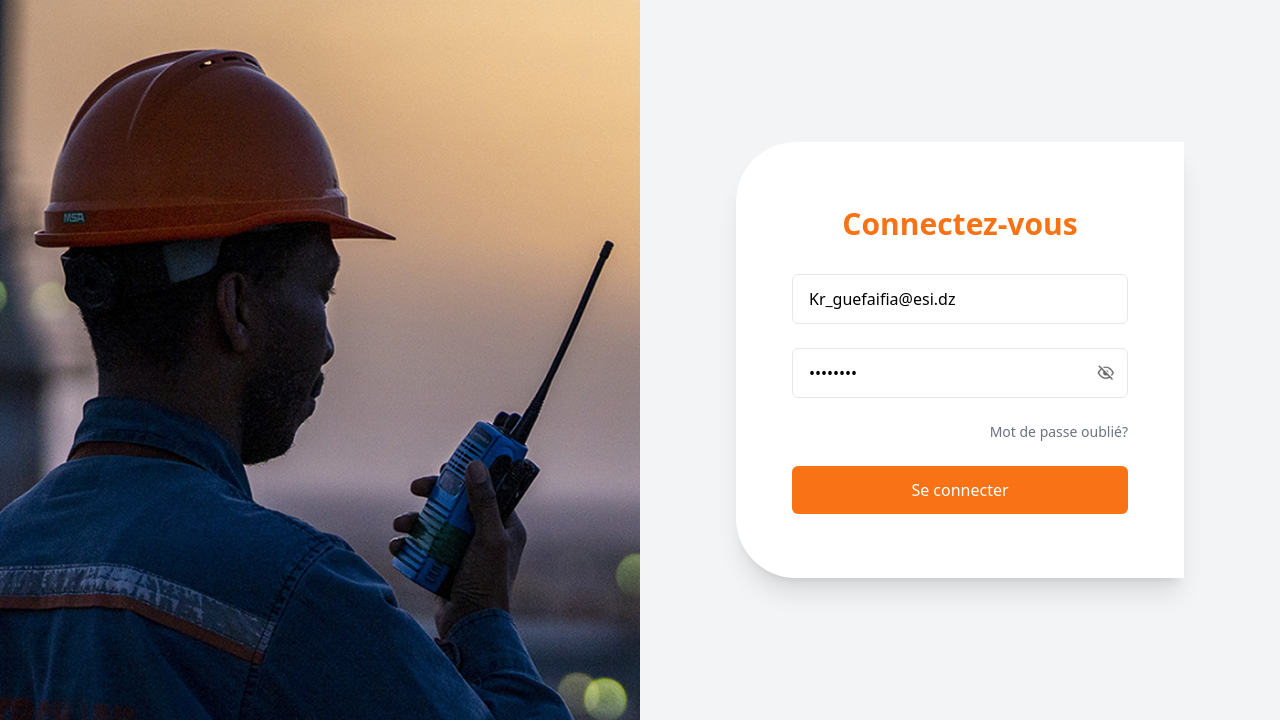
Repository: 123455675848484848484884848484/Projet_2cs
Page: / (app in front/)
These files come from the project's save history. The page is drawn as it stood at one moment and after the next save; the edit follows.
The browser window is 1280 px wide. The pictures show the whole page.
The project was rebuilt for these pictures with package versions that can differ from the ones it lists, and the page was loaded fresh each time. Also part of the build but not shown: front/src/App.css.

Above is the page before, as saved 2025-04-20 11:59:56.

### front/src/App.js

import './App.css';
// App.jsx
import React from "react";
import Login from "./Login"; // Assure-toi que le chemin est correct

function App() {
  return <Login />;
}

export default App;

### front/src/Login.jsx
import React, { useState } from "react";

const Login = () => {
  const [showPassword, setShowPassword] = useState(false);
  const [email, setEmail] = useState("Kr_guefaifia@esi.dz");
  const [error, setError] = useState("");

  const handleSubmit = (e) => {
    e.preventDefault();
    if (!email.includes("@")) {
      setError("L'adresse email doit contenir un '@'");
      return;
    }
    setError("");
    alert("Connexion réussie !");
  };

  return (
    <div className="h-screen w-screen flex bg-gray-100">
      {/* Image à gauche */}
      <div className="w-1/2 h-full">
        <img
          src="/login.png"
          alt="worker"
          className="w-full h-full object-cover"
        />
      </div>

      {/* Formulaire arrondi */}
      <div className="w-1/2 h-full flex items-center justify-center">
        <div className="bg-white rounded-l-[60px] shadow-xl px-14 py-16 w-full max-w-md">
          <h2 className="text-3xl font-bold text-orange-500 mb-8 text-center">
            Connectez-vous
          </h2>

          <form className="space-y-6" onSubmit={handleSubmit}>
            {/* Email */}
            <div>
              <input
                type="email"
                placeholder="Email"
                value={email}
                onChange={(e) => setEmail(e.target.value)}
                className="w-full px-4 py-3 border rounded-md focus:outline-none focus:ring-2 focus:ring-orange-400"
              />
              {error && (
                <p className="text-red-500 text-sm mt-1">{error}</p>
              )}
            </div>

            {/* Mot de passe */}
            <div className="relative">
              <input
                type={showPassword ? "text" : "password"}
                placeholder="Mot de passe"
                defaultValue="password"
                className="w-full px-4 py-3 border rounded-md focus:outline-none focus:ring-2 focus:ring-orange-400"
              />
              <span
                onClick={() => setShowPassword(!showPassword)}
                className="absolute inset-y-0 right-3 flex items-center cursor-pointer"
              >
                {showPassword ? (
                  <span className="text-gray-500 text-lg">👁️</span>
                ) : (
                  <img
                    src="/icon.png"
                    alt="hidden"
                    className="w-5 h-5"
                  />
                )}
              </span>
            </div>

            {/* Mot de passe oublié */}
            <div className="text-right text-sm text-gray-500">
              <a href="#" className="hover:underline">
                Mot de passe oublié?
              </a>
            </div>

            {/* Bouton */}
            <button
              type="submit"
              className="w-full bg-orange-500 hover:bg-orange-600 text-white font-medium py-3 rounded-md transition"
            >
              Se connecter
            </button>
          </form>
        </div>
      </div>
    </div>
  );
};

export default Login;

Loaded but not shown: front/public/index.html (common file); front/src/index.js (common file); front/src/index.css (common file); front/src/reportWebVitals.js (common file); front/tailwind.config.js (common file)

After the next save:
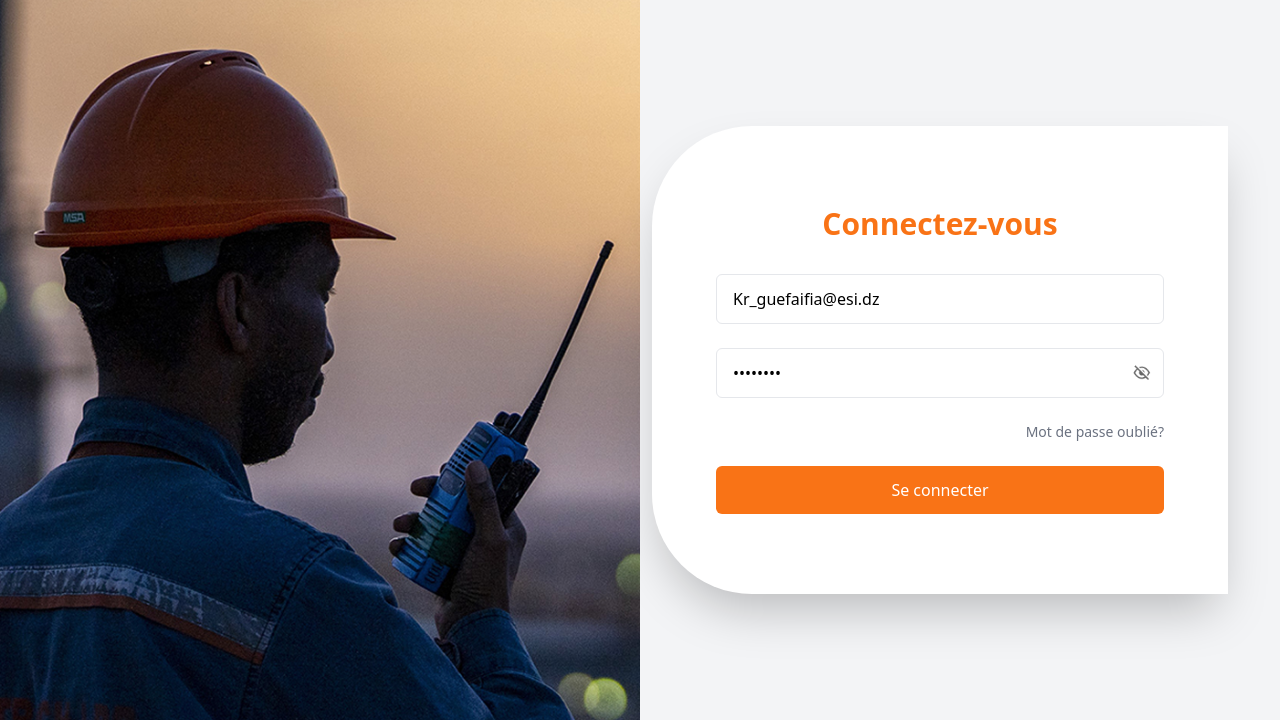
Saved 2 min 0 s later.
--- a/front/src/Login.jsx
+++ b/front/src/Login.jsx
@@ -28,8 +28,8 @@ const Login = () => {
 
       {/* Formulaire arrondi */}
       <div className="w-1/2 h-full flex items-center justify-center">
-        <div className="bg-white rounded-l-[60px] shadow-xl px-14 py-16 w-full max-w-md">
-          <h2 className="text-3xl font-bold text-orange-500 mb-8 text-center">
+      <div className="bg-white rounded-l-[100px] -ml-10 shadow-2xl px-16 py-20 w-full max-w-xl">
+                  <h2 className="text-3xl font-bold text-orange-500 mb-8 text-center">
             Connectez-vous
           </h2>
 
